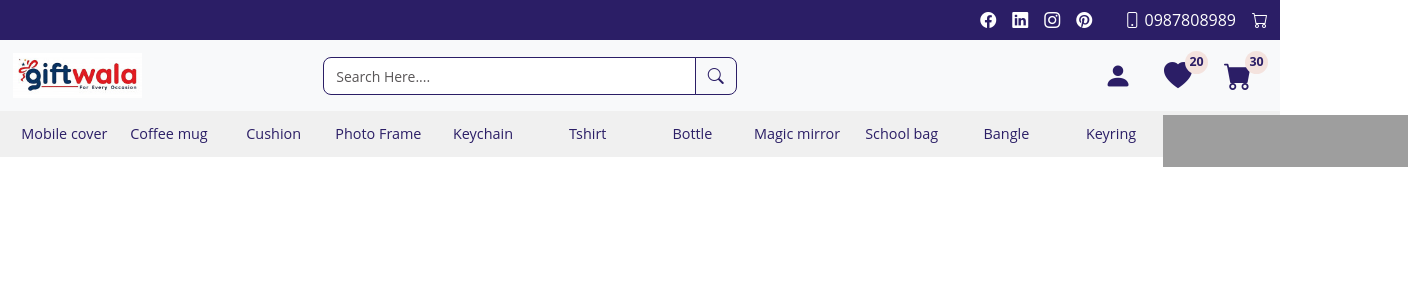
Repository: mangalravi/GiftWala
Page: index.html
These files come from the project's save history. The page is drawn as it stood at one moment and after the next save; the edit follows.
The browser window is 1280 px wide. The page is 1408 px wide, then 1280 px, so the pictures cover 1408 px, including what lies to the right of the window. The pictures show the whole page.
Pictures or frames that could not be fetched are drawn as grey boxes. The style sheet was rebuilt from its Sass, Less or Tailwind sources for each picture, by a compiler version that may differ from the author's.

Above is the page before, as saved 2024-07-07 17:19:18.

After the next save:
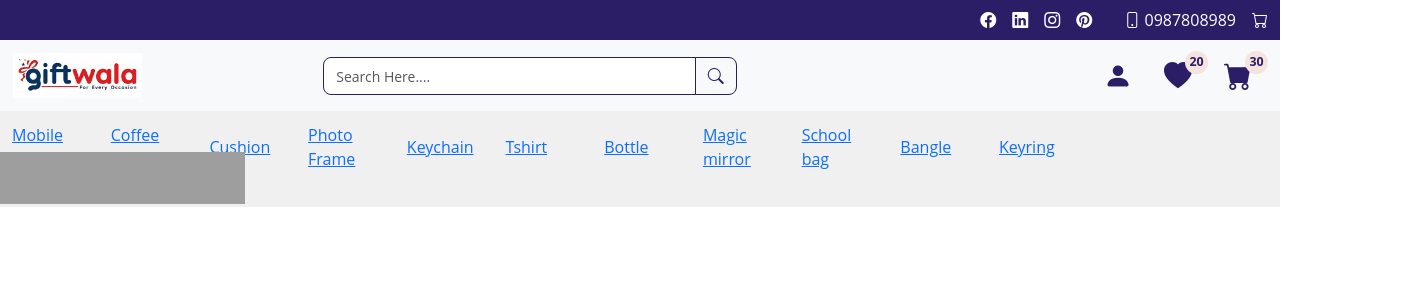
Saved 3 min 25 s later.
--- a/index.html
+++ b/index.html
@@ -186,18 +186,18 @@
       <div class="btmhdr">
         <div class="container-fluid">
           <div class="btmhdrnv">
-            <ul class="d-flex align-items-center">
-              <li>Mobile cover</li>
-              <li>Coffee mug</li>
-              <li>Cushion</li>
-              <li>Photo Frame</li>
-              <li>Keychain</li>
-              <li>Tshirt</li>
-              <li>Bottle</li>
-              <li>Magic mirror</li>
-              <li>School bag</li>
-              <li>Bangle</li>
-              <li>Keyring</li>
+            <div class="row align-items-center">
+              <div class="col"><a href="#">Mobile cover</a></div>
+              <div class="col"><a href="#">Coffee mug</a></div>
+              <div class="col"><a href="#">Cushion</a></div>
+              <div class="col"><a href="#">Photo Frame</a></div>
+              <div class="col"><a href="#">Keychain</a></div>
+              <div class="col"><a href="#">Tshirt</a></div>
+              <div class="col"><a href="#">Bottle</a></div>
+              <div class="col"><a href="#">Magic mirror</a></div>
+              <div class="col"><a href="#">School bag</a></div>
+              <div class="col"><a href="#">Bangle</a></div>
+              <div class="col"><a href="#">Keyring</a></div>
               <li style="position: relative; border-bottom: none !important">
                 <a
                   class="adbHeaderLink"
@@ -208,7 +208,7 @@
                   <input type="hidden" value="Delivery In 2 hours" />
                 </a>
               </li>
-            </ul>
+            </div>
           </div>
         </div>
       </div>
